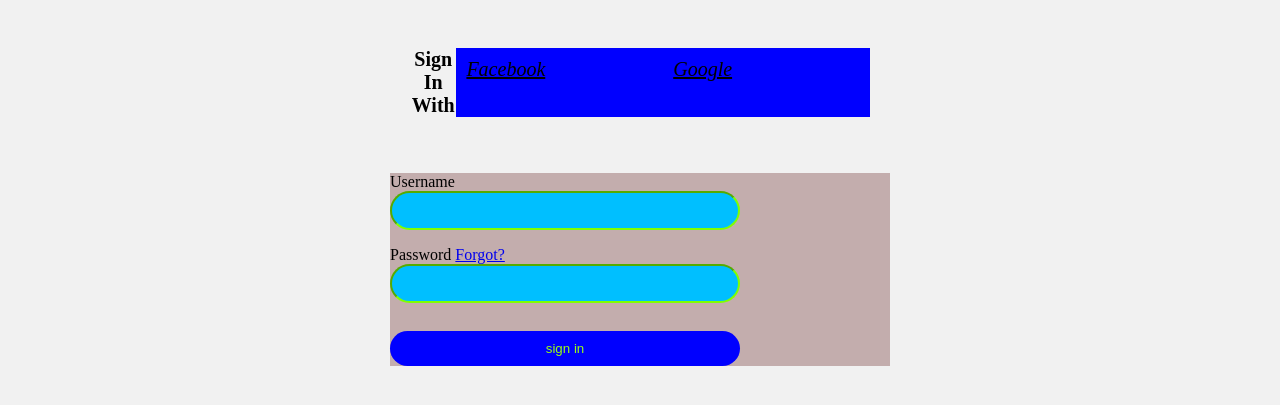
Repository: Tobby004/bdc-assignment-2
Page: index.html
These files come from the project's save history. The page is drawn as it stood at one moment and after the next save; the edit follows.
The browser window is 1280 px wide. The pictures show the whole page.

Above is the page before, as saved 2023-02-09 06:32:02.

### index.html
<!DOCTYPE html>
<html lang="en">
<head>
    <meta charset="UTF-8">
    <meta http-equiv="X-UA-Compatible" content="IE=edge">
    <meta name="viewport" content="width=<device-width>, initial-scale=1.0">
    <title>Document</title>
    <link rel="stylesheet" href="task.css">
</head>
<body>
    <header>
    <div class="flex-container">
        <br>
            <b>
             <center>Sign In With</center>
            </b>
        <br>
        <br>
        <a href="#">
            Facebook</a>
            <a href="#">
                Google
            </a>
            </div>
        </header>

        <div class="form-input">
        <p>Username
            <br>
            <input type="text" placeholder="" />
        </p>
         <p>Password
            <a href="#">Forgot?</a>
            <br>
            <input type="password" /></
         </p>
         <br>
         <button>sign in</button>
        </div>

</body>
</html>

### task.css
*{
    box-sizing: border-box;
}
body {
    background-color: #f1f1f1;
}
header{
    padding: 20px;
    justify-content: right;
}
header a {
    padding: 10px;
    width: 100%;
    max-width: 500px;
    font-style: italic;
    background: blue;
    color: black;
}
.box {
    padding: 20px;
}

}
.box div {
    max-width: 500px;
    padding: 10px;
    display: block;
    font-size: medium;
    margin-left: auto;
    margin-right: auto;
}
header div {
    display: flex;
    padding: 20px;
    font-size: 20px;
    max-width: 500px;
    margin-left: auto;
    margin-right: auto;
}
.form-input {
    background-color:rgb(195, 173, 173);
    width: 100%;
    max-width: 500px;
    margin-left: auto;
    margin-right: auto ;
}
input {
    display: block;
    width: 70%;
    background-color: deepskyblue;
    border-radius: 20px;
    margin-bottom: 10px;
    padding: 10px;
    border-color: chartreuse;
}
button {
    display: block;
    width: 70%;
    border: none;
    padding: 10px;
    border-radius: 20px;
    background-color: blue;
    color: rgb(153, 255, 20);
}

After the next save:
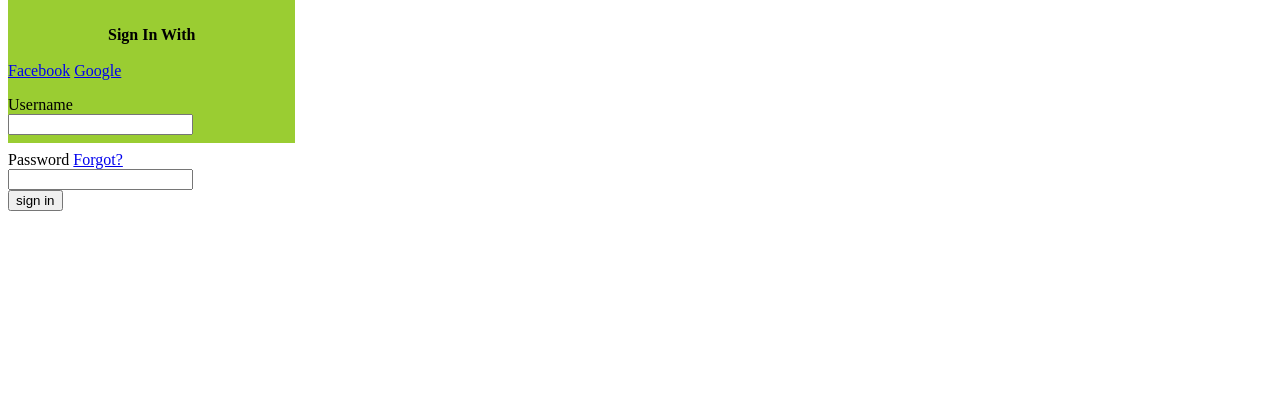
Saved 16 min 37 s later.
--- a/index.html
+++ b/index.html
@@ -12,7 +12,7 @@
     <div class="flex-container">
         <br>
             <b>
-             <center>Sign In With</center>
+             Sign In With
             </b>
         <br>
         <br>
--- a/task.css
+++ b/task.css
@@ -1,64 +1,11 @@
 *{
-    box-sizing: border-box;
+    border-sizing:border-box;
 }
-body {
-    background-color: #f1f1f1;
+header b {
+    background-color:yellowgreen ;
+    display: flexbox;
+    padding: 100px;
+    width: 20px;
+    max-width: 500%;
+    justify-content: center;
 }
-header{
-    padding: 20px;
-    justify-content: right;
-}
-header a {
-    padding: 10px;
-    width: 100%;
-    max-width: 500px;
-    font-style: italic;
-    background: blue;
-    color: black;
-}
-.box {
-    padding: 20px;
-}
-
-}
-.box div {
-    max-width: 500px;
-    padding: 10px;
-    display: block;
-    font-size: medium;
-    margin-left: auto;
-    margin-right: auto;
-}
-header div {
-    display: flex;
-    padding: 20px;
-    font-size: 20px;
-    max-width: 500px;
-    margin-left: auto;
-    margin-right: auto;
-}
-.form-input {
-    background-color:rgb(195, 173, 173);
-    width: 100%;
-    max-width: 500px;
-    margin-left: auto;
-    margin-right: auto ;
-}
-input {
-    display: block;
-    width: 70%;
-    background-color: deepskyblue;
-    border-radius: 20px;
-    margin-bottom: 10px;
-    padding: 10px;
-    border-color: chartreuse;
-}
-button {
-    display: block;
-    width: 70%;
-    border: none;
-    padding: 10px;
-    border-radius: 20px;
-    background-color: blue;
-    color: rgb(153, 255, 20);
-}
